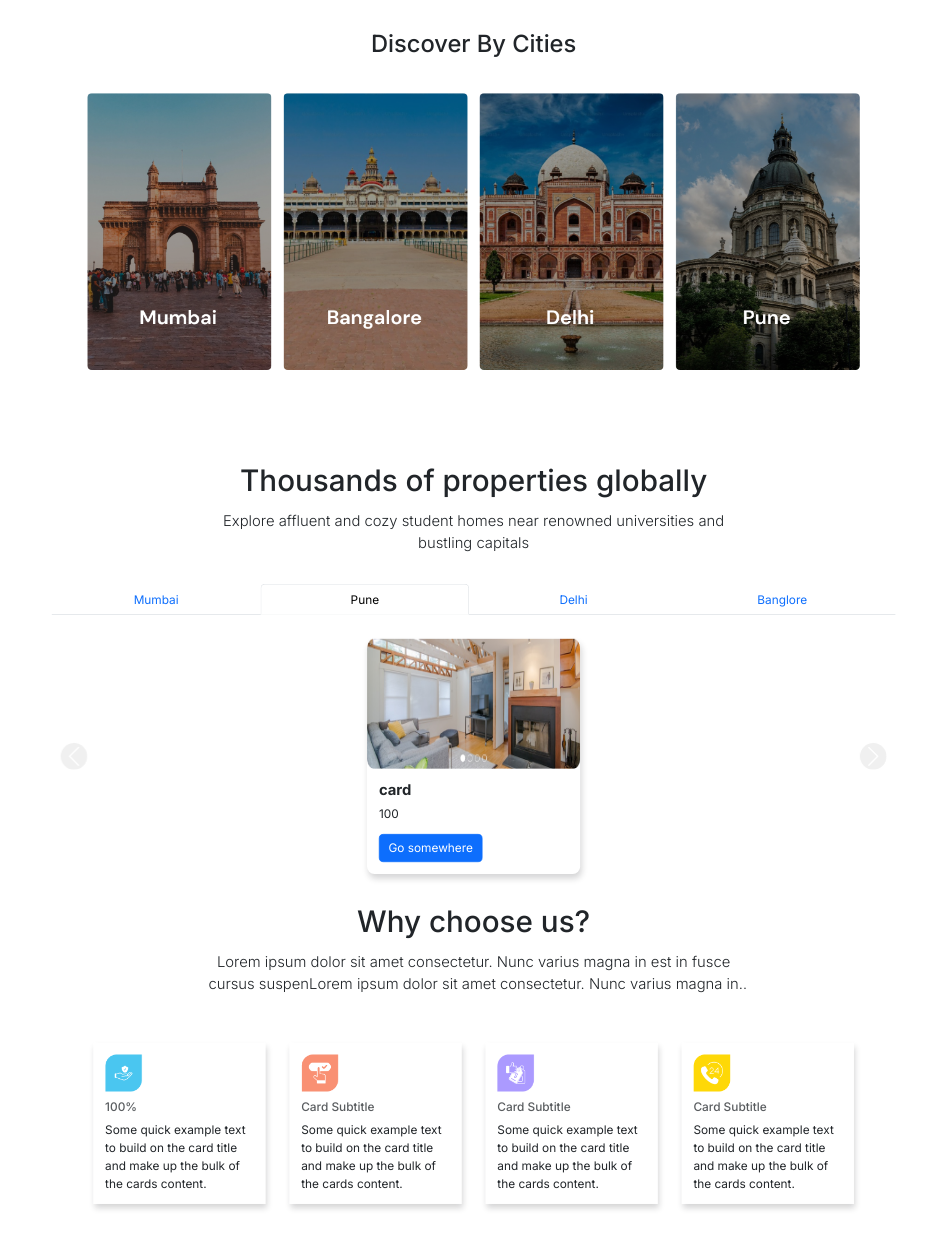
Repository: suyashagrahari/assignment
Page: /
These files come from the project's save history. The page is drawn as it stood at one moment and after the next save; the edit follows.
The browser window is 1280 px wide. The pictures show the whole page, at 74% of full size.
The project was rebuilt for these pictures with package versions that can differ from the ones it lists, and the page was loaded fresh each time. The framework's server and built-in components were replaced by stand-ins that run in the browser. Also part of the build but not shown: next.config.mjs, src/app/page.module.css, src/components/Headline.jsx.

Above is the page before, as saved 2024-03-27 16:28:44.

### src/components/Grid.jsx
import React from "react";
import Image from "next/image";
import { Button, Col, Container, Row } from "react-bootstrap";
import first from "../../public/image/Mumbai.png";
import second from "../../public/image/Banglore.png";
import third from "../../public/image/Delhi.png";
import forth from "../../public/image/Pune.png";
const Grid = () => {
  return (
    <div className="container-fluid">
      <div className="row row-cols-1 row-cols-sm-2 row-cols-md-3 row-cols-lg-4 g-3 p-4">
        <div className="col grid-item">
          <Image
            src={first}
            alt="Image 1"
            layout="responsive"
            objectFit="cover"
            className="img-fluid rounded"
          />
        </div>
        <div className="col grid-item">
          <Image
            src={second}
            alt="Image 2"
            layout="responsive"
            objectFit="cover"
            className="img-fluid rounded"
          />
        </div>
        <div className="col grid-item">
          <Image
            src={third}
            alt="Image 3"
            layout="responsive"
            objectFit="cover"
            className="img-fluid rounded"
          />
        </div>
        <div className="col grid-item">
          <Image
            src={forth}
            alt="Image 4"
            layout="responsive"
            objectFit="cover"
            className="img-fluid rounded"
          />
        </div>
      </div>
    </div>
  );
};

export default Grid;

### src/components/Tabbing.jsx
"use client";
import Tab from "react-bootstrap/Tab";
import Tabs from "react-bootstrap/Tabs";
import Img from "../../public/image/Img-1.png";
import Image from "next/image";
import MyCarousel from "./Carousal";
function Tabbing() {
  return (
    <>
      <Tabs
        defaultActiveKey="profile"
        id="justify-tab-example"
        className="mb-3"
        justify
      >
        <Tab eventKey="home" title="Mumbai">
          <MyCarousel />
        </Tab>
        <Tab eventKey="profile" title="Pune">
          <MyCarousel />
        </Tab>
        <Tab eventKey="longer-tab" title="Delhi">
          <MyCarousel />
        </Tab>
        <Tab eventKey="contact" title="Banglore">
          <MyCarousel />
        </Tab>
      </Tabs>
    </>
  );
}

export default Tabbing;

### src/components/Footer.jsx
import Card from "react-bootstrap/Card";
import Icon_1 from "../../public/image/icon-1.png";
import Icon_2 from "../../public/image/icon-2.png";
import Icon_3 from "../../public/image/icon-3.png";
import Icon_4 from "../../public/image/icon-4.png";
import Image from "next/image";

function Footer() {
  return (
    <div className="container-fluid">
      <div className="row row-cols-1 row-cols-md-2 row-cols-lg-4 g-3 p-4">
        <div className="col">
          <Card>
            <Card.Body>
              <div className="d-flex justify-content-center mb-3 image">
                <Image src={Icon_1} alt="icon" />
              </div>
              <Card.Subtitle className="mb-2 text-muted ">100%</Card.Subtitle>
              <Card.Text className="">
                Some quick example text to build on the card title and make up
                the bulk of the cards content.
              </Card.Text>
            </Card.Body>
          </Card>
        </div>
        <div className="col">
          <Card>
            <Card.Body>
              <div className="d-flex justify-content-center mb-3 image">
                <Image src={Icon_2} alt="icon" />
              </div>
              <Card.Subtitle className="mb-2 text-muted ">
                Card Subtitle
              </Card.Subtitle>
              <Card.Text className="">
                Some quick example text to build on the card title and make up
                the bulk of the cards content.
              </Card.Text>
            </Card.Body>
          </Card>
        </div>
        <div className="col">
          <Card>
            <Card.Body>
              <div className="d-flex justify-content-center mb-3 image">
                <Image src={Icon_3} alt="icon" />
              </div>
              <Card.Subtitle className="mb-2 text-muted ">
                Card Subtitle
              </Card.Subtitle>
              <Card.Text className="">
                Some quick example text to build on the card title and make up
                the bulk of the cards content.
              </Card.Text>
            </Card.Body>
          </Card>
        </div>
        <div className="col">
          <Card>
            <Card.Body>
              <div className="d-flex justify-content-center mb-3 image">
                <Image src={Icon_4} alt="icon" />
              </div>
              <Card.Subtitle className="mb-2 text-muted ">
                Card Subtitle
              </Card.Subtitle>
              <Card.Text className="">
                Some quick example text to build on the card title and make up
                the bulk of the cards content.
              </Card.Text>
            </Card.Body>
          </Card>
        </div>
      </div>
    </div>
  );
}

export default Footer;

### src/components/Carousal.jsx
import React from "react";
import Carousel from "react-bootstrap/Carousel";
import Button from "react-bootstrap/Button";
import Card from "react-bootstrap/Card";
import Img from "../../public/image/Img-1.png";
import Image from "next/image";

const recipes = [
  {
    size: "2 BHK",
    name: "card",
    img: Img,
    price: 100,
    content: "Hello",
  },
  {
    size: "3 BHK",
    name: "card",
    img: Img,
    price: 100,
    content: "Hello",
  },
  {
    size: "4 BHK",
    name: "card",
    img: Img,
    price: 100,
    content: "Hello",
  },
  {
    size: "3 BHK",
    name: "card",
    img: Img,
    price: 100,
    content: "Hello",
  },
];

const MyCarousel = () => {
  const reduceRecipes = (acc, cur, index) => {
    const groupIndex = Math.floor(index / 3);
    if (!acc[groupIndex]) acc[groupIndex] = [];
    acc[groupIndex].push(cur);
    console.log(acc);
    return acc;
  };

  return (
    <Carousel>
      {recipes.reduce(reduceRecipes, []).map((item, index) => (
        <Carousel.Item key={index}>
          <div className="d-flex justify-content-center">
            {item.map((item, index) => {
              return (
                <Card
                  key={index}
                  style={{ width: "18rem", borderRadius: "10px" }}
                >
                  <Image src={item.img} alt="" className="card-img-top" />
                  <Card.Body className="text-left">
                    <Card.Title className="fw-bold">{item.name}</Card.Title>
                    <Card.Text className="mb-3">{item.price}</Card.Text>
                    <Button variant="primary">Go somewhere</Button>
                  </Card.Body>
                </Card>
              );
            })}
          </div>
        </Carousel.Item>
      ))}
    </Carousel>
  );
};

export default MyCarousel;

Loaded but not shown: src/app/layout.js (common file); src/app/page.js (common file); src/app/globals.css (common file)

After the next save:
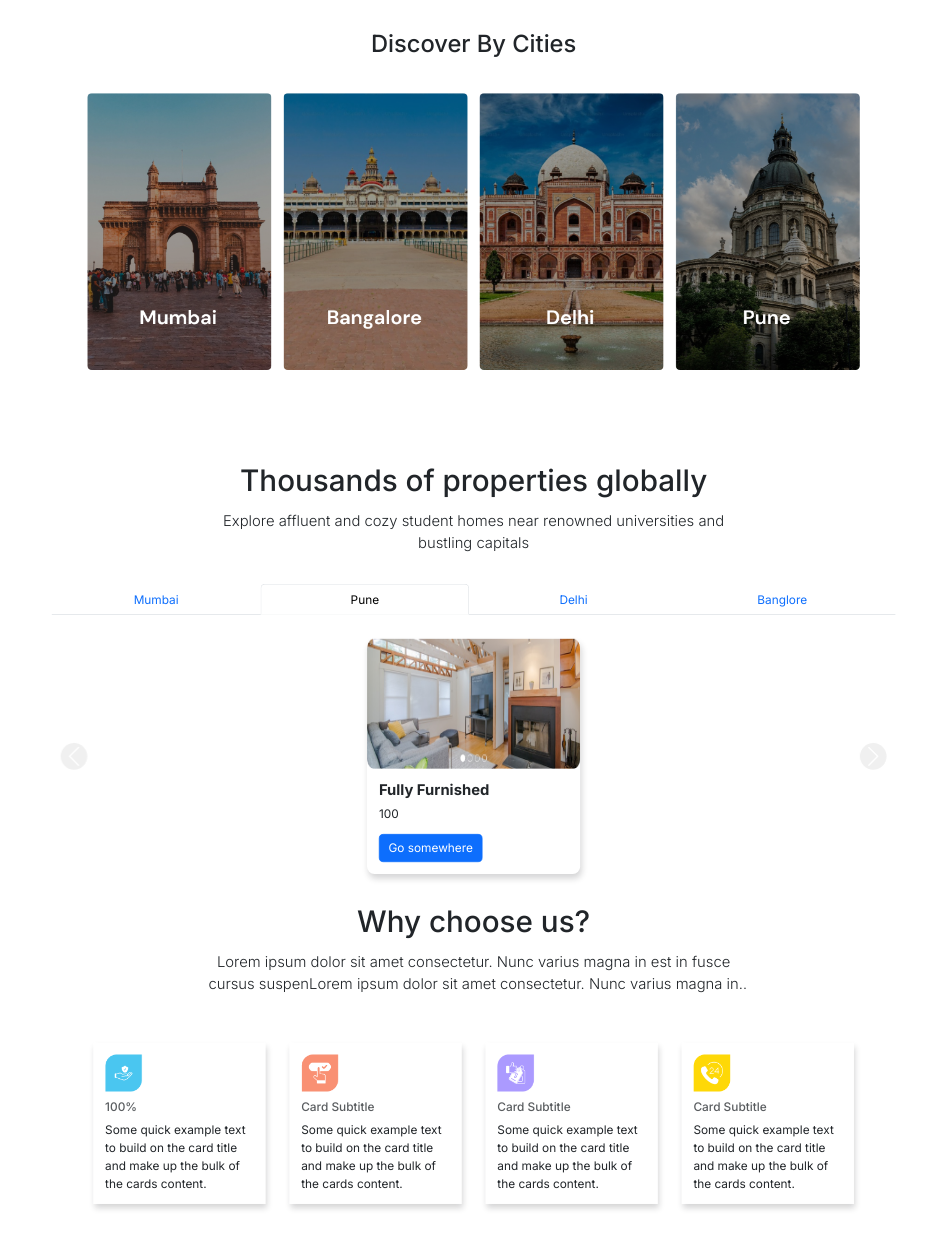
Saved 33 s later.
--- a/src/components/Carousal.jsx
+++ b/src/components/Carousal.jsx
@@ -8,28 +8,28 @@
 const recipes = [
   {
     size: "2 BHK",
-    name: "card",
+    name: "Fully Furnished",
     img: Img,
     price: 100,
     content: "Hello",
   },
   {
     size: "3 BHK",
-    name: "card",
+    name: "Fully Furnished",
     img: Img,
     price: 100,
     content: "Hello",
   },
   {
     size: "4 BHK",
-    name: "card",
+    name: "Fully Furnished",
     img: Img,
     price: 100,
     content: "Hello",
   },
   {
     size: "3 BHK",
-    name: "card",
+    name: "Fully Furnished",
     img: Img,
     price: 100,
     content: "Hello",
